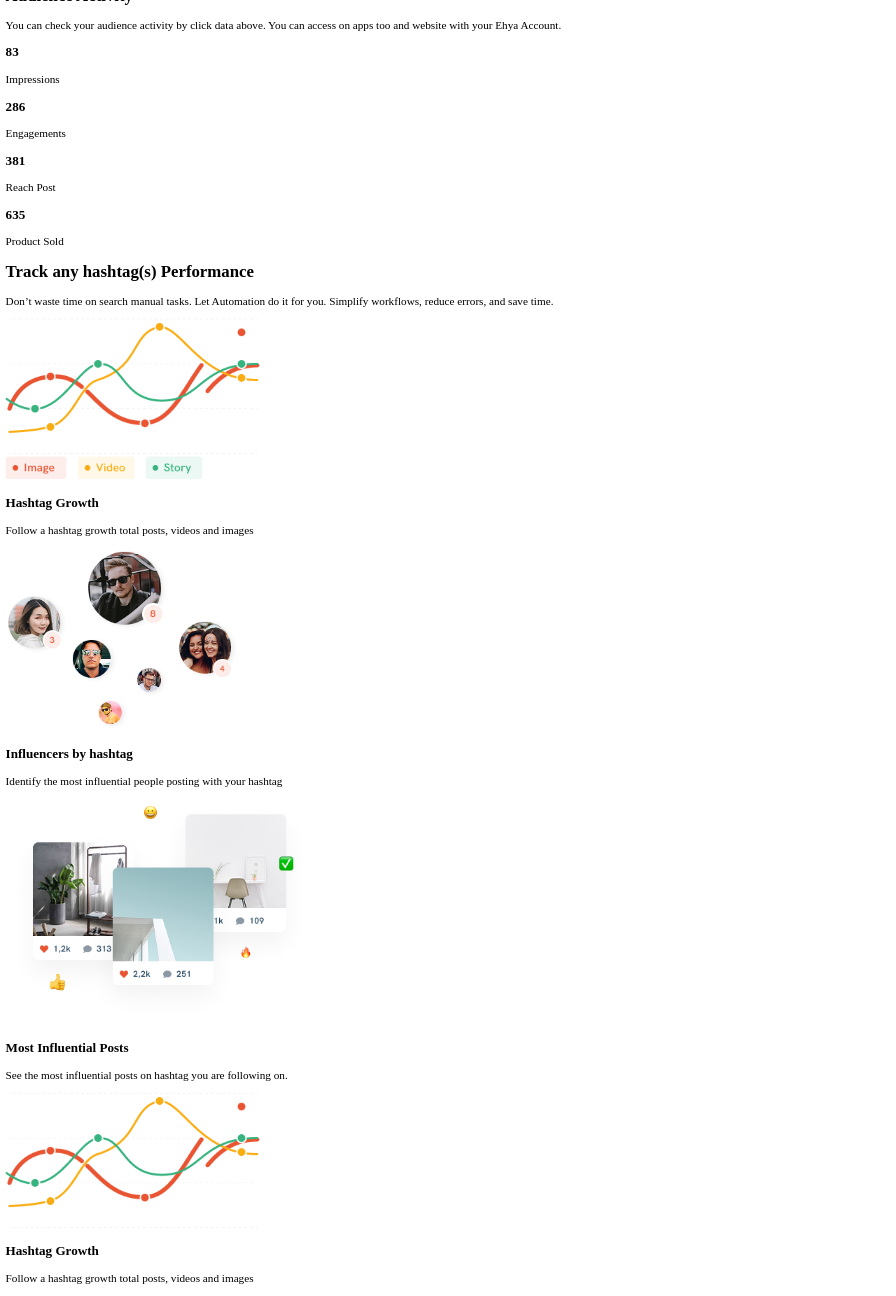
Repository: Eduardo-Tamborelli-Ferreira-lino/FrontEnd
Page: projetos/Prova-CSS/index.html
The author's editor kept a copy of each file at every save. The page is drawn from the files as they stood at one save, then again after the next save.
The browser window is 1280 px wide. The pictures show the part of the page from y = 1646 to 3566 px (the page is 3497 px tall before and 3566 px after), at 70% of full size.

Above is the page before, as saved 2026-03-12 10:03:12.

After the next save:
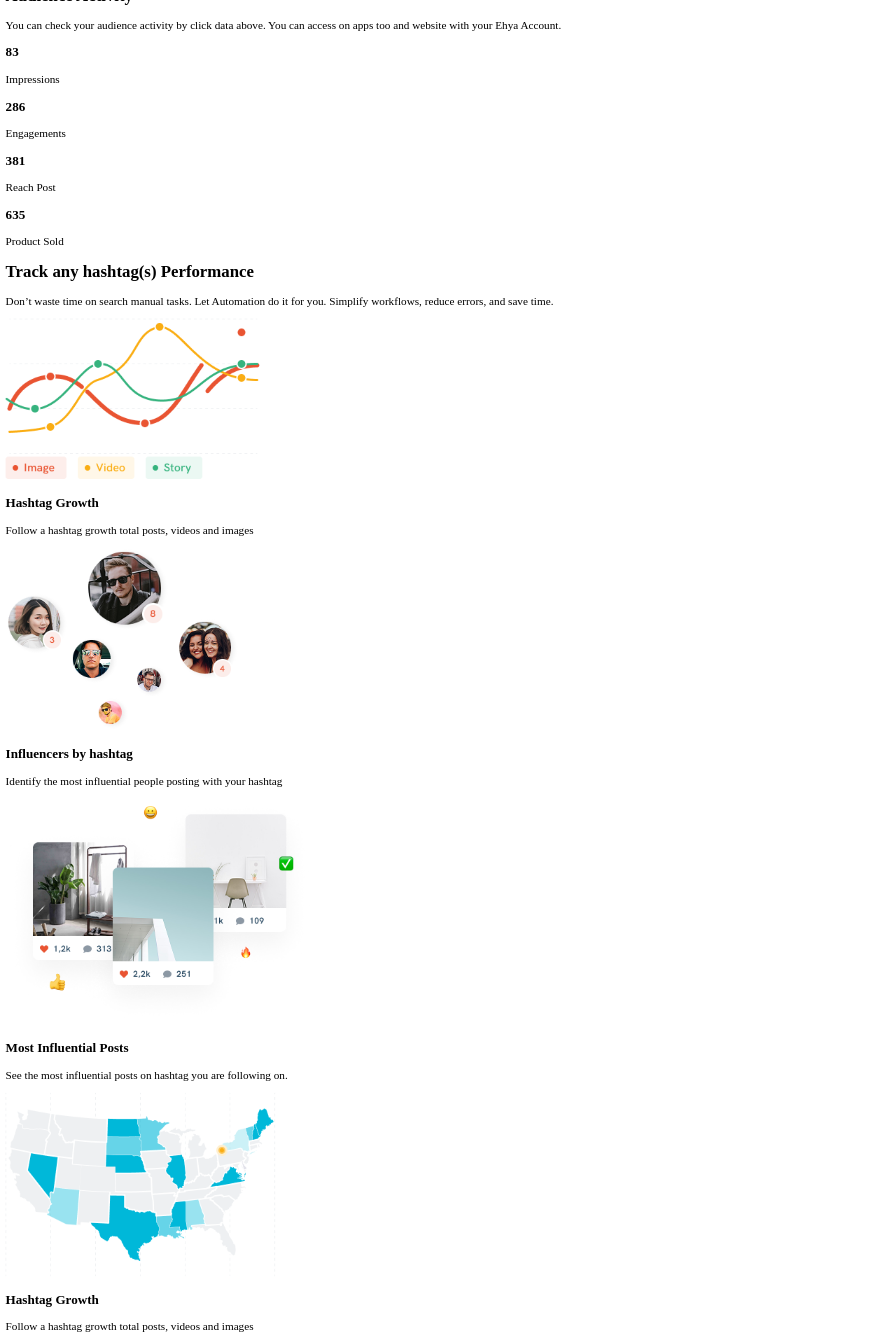
Saved 5 s later.
--- a/projetos/Prova-CSS/index.html
+++ b/projetos/Prova-CSS/index.html
@@ -274,7 +274,7 @@
                 </div>
                 <div class="track-card">
                     <div id="card-graph">
-                        <img src="./Image/Main/Track-card/Graph-card.png" alt="Graph of hashtag Growth">
+                        <img src="./Image/Main/Track-card/Map.png" alt="Graph of hashtag Growth">
                     </div>
                     <div class="card-title">
                         <h3>
